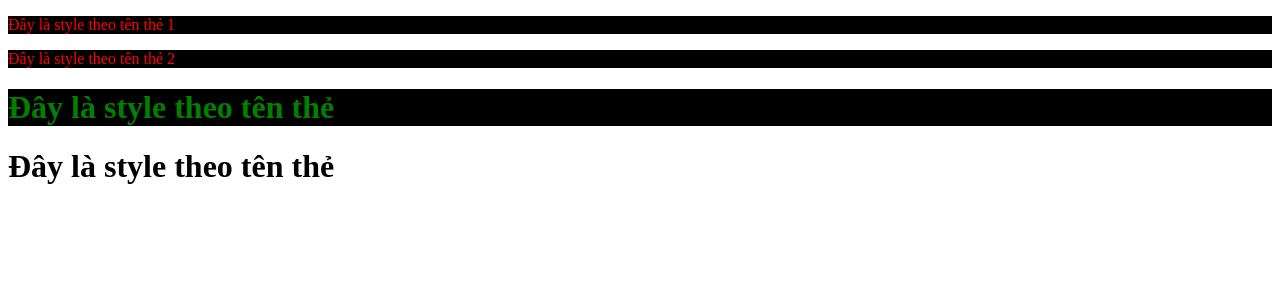
Repository: longNT0dev/C4E132
Page: SS3/index.html
The author's editor kept a copy of each file at every save. The page is drawn from the files as they stood at one save, then again after the next save.
The browser window is 1280 px wide. The pictures show the whole page.

Above is the page before, as saved 2022-09-28 21:17:34.

After the next save:
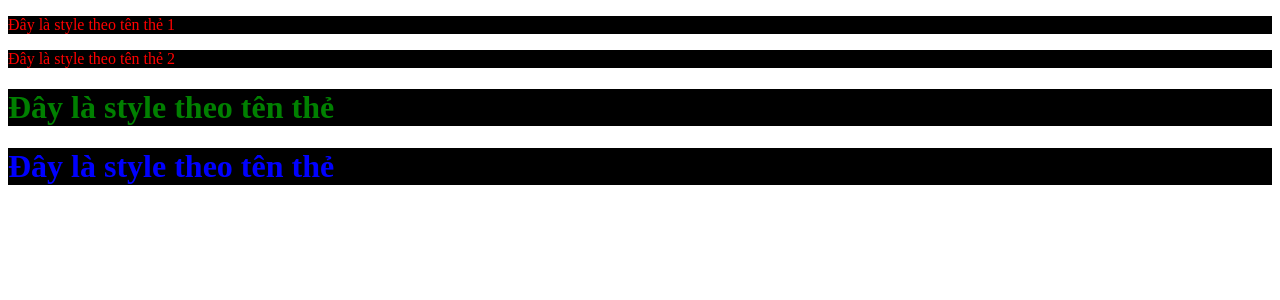
Saved 4 s later.
--- a/SS3/index.html
+++ b/SS3/index.html
@@ -13,6 +13,6 @@
     <p>Đây là style theo tên thẻ 1</p>
     <p>Đây là style theo tên thẻ 2</p>
     <h1 class="class-1">Đây là style theo tên thẻ</h1>
-    <h1 id="id-1 id-2">Đây là style theo tên thẻ</h1>
+    <h1 id="id-1">Đây là style theo tên thẻ</h1>
 </body>
 </html>
